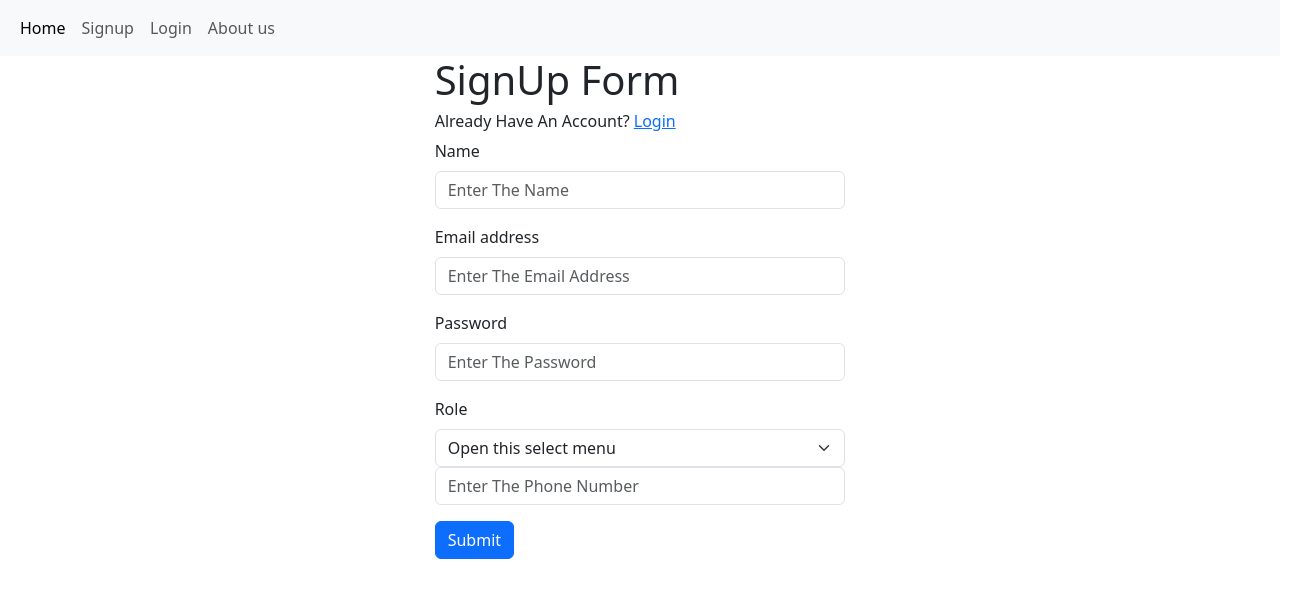
Repository: Manojs14/blob-application
Page: http://localhost/blob_application/
The author's editor kept a copy of each file at every save. The page is drawn from the files as they stood at one save, then again after the next save.
The browser window is 1280 px wide. The page is 1292 px wide, so the pictures cover 1292 px, including what lies to the right of the window. The pictures show the whole page.
The page is served by Tomcat 9.

Above is the page before, as saved 2024-07-17 04:13:39.

After the next save:
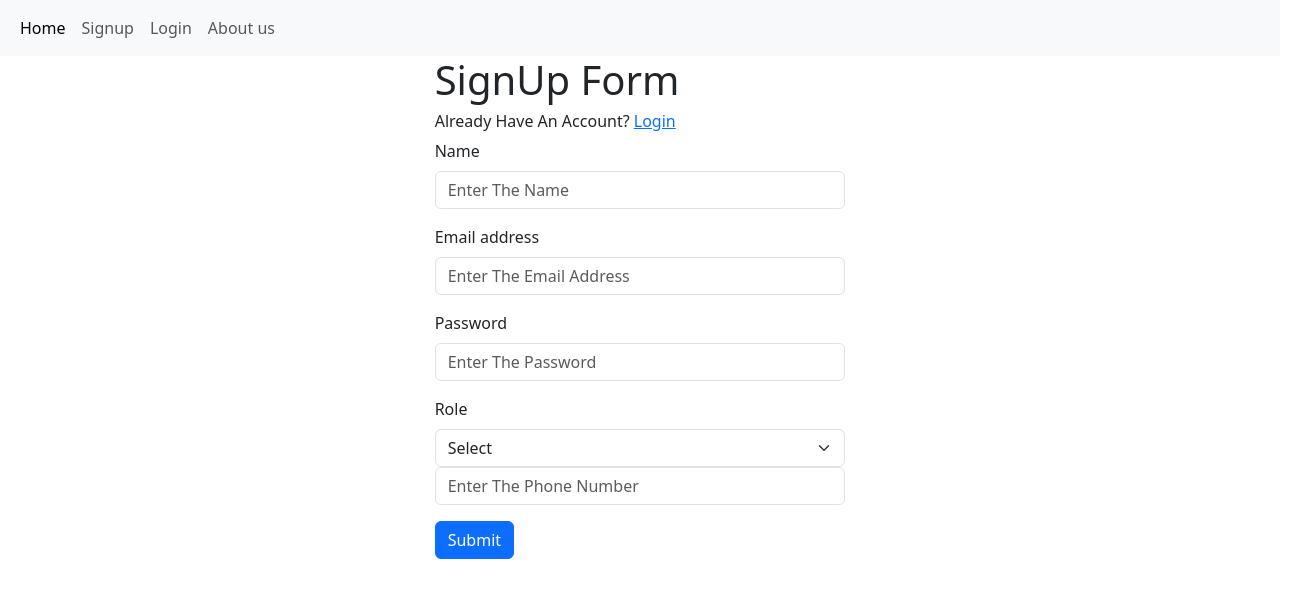
Saved 43 s later.
--- a/blob_application/src/main/webapp/index.jsp
+++ b/blob_application/src/main/webapp/index.jsp
@@ -79,10 +79,10 @@
    <div class="mb-3">
     <label for="number" class="form-label">Role</label>
     <select class="form-select" aria-label="Default select example">
-  <option selected>Open this select menu</option>
-  <option value="1">One</option>
-  <option value="2">Two</option>
-  <option value="3">Three</option>
+  <option >Select</option>
+  <option value="1">Viewer</option>
+  <option value="2">Admin</option>
+
 </select>
     <input type="text" class="form-control" name="pnum" id=number placeholder="Enter The Phone Number" required>
   </div>
